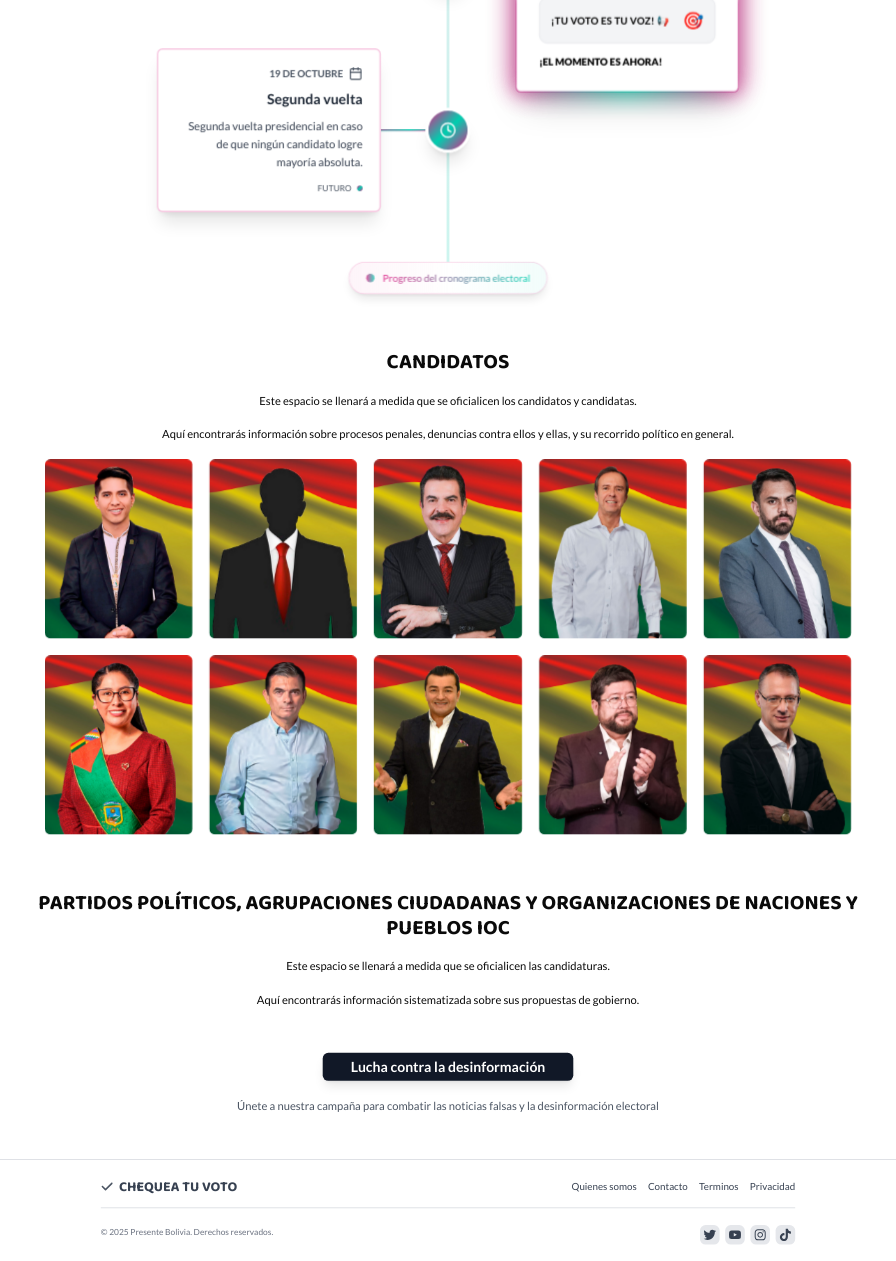
Repository: Roberto8695/chequeatuvoto-v2
Page: /
These files come from the project's save history. The page is drawn as it stood at one moment and after a run of saves; the edit follows.
The browser window is 1280 px wide. The pictures show the part of the page from y = 4580 to 6500 px (the page is 6382 px tall before and 6662 px after), at 70% of full size.
The project was rebuilt for these pictures with package versions that can differ from the ones it lists, and the page was loaded fresh each time. Some packages were replaced by stand-ins written for this rebuild. The framework's server and built-in components were replaced by stand-ins that run in the browser. Also part of the build but not shown: next.config.ts.

Above is the page before, as saved 2025-07-01 17:22:04.

### src/app/layout.tsx
import type { Metadata } from "next";
import { Lato, Baloo_2 } from "next/font/google";
import "./globals.css";
import { Footer } from "./components/footer"; // Ensure correct import path
import { Navbar } from "./components/navbar"; // Ensure correct import path
import Script from "next/script";

const lato = Lato({
  variable: "--font-primary",
  subsets: ["latin"],
  weight: ["300", "400", "700", "900"],
});

const baloo = Baloo_2({
  variable: "--font-secondary",
  subsets: ["latin"],
  weight: ["400", "500", "700"],
});

export const metadata: Metadata = {
  title: "Chequea tu voto",
  description: "Página dedicada a ayudar a la población boliviana a verificar su voto",
  icons: {
    icon: [
      { url: "/logo3.svg", type: "image/svg+xml" },
      { url: "/icon.svg", type: "image/svg+xml" },
    ],
    shortcut: "/logo3.svg",
    apple: "/logo3.svg",
  },
};

export default function RootLayout({
  children,
}: Readonly<{
  children: React.ReactNode;
}>) {
  return (
    <html lang="en">
<body className={`${lato.variable} ${baloo.variable} antialiased`}>
  {/* Google Analytics */}
  <Script
    strategy="afterInteractive"
    src={`https://www.googletagmanager.com/gtag/js?id=G-XXXXXXXXXX`} // Replace with your ID
  />
  <Script
    id="ga-init"
    strategy="afterInteractive"
    dangerouslySetInnerHTML={{
      __html: `
        window.dataLayer = window.dataLayer || [];
        function gtag(){dataLayer.push(arguments);}
        gtag('js', new Date());
        gtag('config', 'G-JVEVFC0HKC', {
          page_path: window.location.pathname,
        });
      `,
    }}
  />

  <div className="flex flex-col min-h-screen">
    <Navbar />
    <main className="flex-1">{children}</main>
    <Footer />
  </div>
</body>

    </html>
  );
}

### src/app/components/footer.tsx
import Link from "next/link";
import {FaCheck } from "react-icons/fa6"; // Location Icon
import { FaTwitter,FaInstagram, FaTiktok, FaYoutube } from "react-icons/fa"; // Social Icons

const footerLinks = [
  { name: "Quienes somos", href: "/about" },
  { name: "Contacto", href: "/contact" },
  { name: "Terminos", href: "/#" },
  { name: "Privacidad", href: "/#" },
];

const socialLinks = [
  { icon: FaTwitter, href: "https://twitter.com" },
  { icon: FaYoutube, href: "https://discord.com" },
  { icon: FaInstagram, href: "https://instagram.com" },
  { icon: FaTiktok, href: "https://tiktok.com" },
];

export function Footer() {
  return (
    <footer className="bg-white border-t border-gray-300 py-6">
      <div className="max-w-screen-lg mx-auto flex flex-col gap-4 px-4">
        {/* First Row: Location & Links */}
        <div className="flex flex-col sm:flex-row justify-between items-center w-full">
          {/* Location */}
          <div className="flex items-center gap-2 text-gray-700 text-sm">
            <FaCheck className="text-lg text-gray-600" />
            <span className="font-extrabold font-round text-2xl sm:text-xl">CHEQUEA TU VOTO</span>
          </div>

          {/* Navigation Links */}
          <nav className="flex gap-4 flex-wrap justify-center sm:justify-end">
            {footerLinks.map((link) => (
              <Link key={link.name} href={link.href} className="text-sm text-gray-700 hover:text-black">
                {link.name}
              </Link>
            ))}
          </nav>
        </div>

        {/* Second Row: Copyright & Social Icons */}
        <div className="flex flex-col sm:flex-row justify-between items-center w-full border-t border-gray-300 pt-4">
          {/* Copyright */}
          <div className="text-xs text-gray-500 text-center sm:text-left">
            © {new Date().getFullYear()} Presente Bolivia. Derechos reservados.
          </div>

          {/* Social Icons */}
          <div className="flex gap-2 mt-2">
            {socialLinks.map(({ icon: Icon, href }, idx) => (
              <Link key={idx} href={href} target="_blank" rel="noopener noreferrer">
                <div className="w-7 h-7 flex items-center justify-center rounded-lg bg-gray-200 hover:bg-gray-300 transition">
                  <Icon className="text-gray-700 text-lg" />
                </div>
              </Link>
            ))}
          </div>
        </div>
      </div>
    </footer>
  );
}

### src/components/ui/button.tsx
import * as React from "react"
import { Slot } from "@radix-ui/react-slot"
import { cva, type VariantProps } from "class-variance-authority"

import { cn } from "@/lib/utils"

const buttonVariants = cva(
  "inline-flex items-center justify-center gap-2 whitespace-nowrap rounded-md text-sm font-medium ring-offset-background transition-colors focus-visible:outline-none focus-visible:ring-2 focus-visible:ring-ring focus-visible:ring-offset-2 disabled:pointer-events-none disabled:opacity-50 [&_svg]:pointer-events-none [&_svg]:size-4 [&_svg]:shrink-0",
  {
    variants: {
      variant: {
        default: "bg-primary text-primary-foreground hover:bg-primary/90",
        destructive:
          "bg-destructive text-destructive-foreground hover:bg-destructive/90",
        outline:
          "border border-input bg-background hover:bg-accent hover:text-accent-foreground",
        secondary:
          "bg-secondary text-secondary-foreground hover:bg-secondary/80",
        ghost: "hover:bg-accent hover:text-accent-foreground",
        link: "text-primary underline-offset-4 hover:underline",
      },
      size: {
        default: "h-10 px-4 py-2",
        sm: "h-9 rounded-md px-3",
        lg: "h-11 rounded-md px-8",
        icon: "h-10 w-10",
      },
    },
    defaultVariants: {
      variant: "default",
      size: "default",
    },
  }
)

export interface ButtonProps
  extends React.ButtonHTMLAttributes<HTMLButtonElement>,
    VariantProps<typeof buttonVariants> {
  asChild?: boolean
}

const Button = React.forwardRef<HTMLButtonElement, ButtonProps>(
  ({ className, variant, size, asChild = false, ...props }, ref) => {
    const Comp = asChild ? Slot : "button"
    return (
      <Comp
        className={cn(buttonVariants({ variant, size, className }))}
        ref={ref}
        {...props}
      />
    )
  }
)
Button.displayName = "Button"

export { Button, buttonVariants }

### src/app/components/card-candidatos.tsx
import { FocusCards } from "@/components/ui/focus-cards";

export function CardCandidatos() {
  const cards = [
    {
      title: "Andronico Rodríguez",
      team: "ALIANZA POPULAR",
      src: "/imagenes2/IMAGENES PAGINA WEB/andronico.jpg",
      slug: "alianza-popular",
    },
    {
      title: "A confirmar",
      team: "ADN",
      src: "/imagenes2/IMAGENES PAGINA WEB/proximamente-extra.jpg",
      slug: "adn",
    },
    {
      title: "Manfred Reyes Villa",
      team: "APB-SUMATE",
      src: "/imagenes2/IMAGENES PAGINA WEB/Manfred.jpg",
      slug: "apb-sumate",
    },
    {
      title: "Jorge Tuto Quiroga",
      team: "FRI",
      src: "/imagenes2/IMAGENES PAGINA WEB/tutito.jpg",
      slug: "fri",
    },
    {
      title: "Eduardo Del Castillo",
      team: "MAS-IPSP",
      src: "/imagenes2/IMAGENES PAGINA WEB/eduardo-del-castillo.jpg",
      slug: "mas-ipsp",
    },
    {
      title: "Eva Copa",
      team: "MORENA",
      src: "/imagenes2/IMAGENES PAGINA WEB/eva-copa.jpg",
      slug: "morena",
    },
    {
      title: "Rodrigo Paz Pereira",
      team: "PDC",
      src: "/imagenes2/IMAGENES PAGINA WEB/rodrigo-paz.jpg",
      slug: "pdc",
    },
    {
      title: "Jhonny Fernández",
      team: "UCS",
      src: "/imagenes2/IMAGENES PAGINA WEB/jhonny-fernandez.jpg",
      slug: "ucs",
    },
    {
      title: "Samuel Doria Medina",
      team: "UN",
      src: "/imagenes2/IMAGENES PAGINA WEB/samuel-doria-medina.jpg",
      slug: "un",
    },
    {
      title: "Jaime Dunn",
      team: "NGP",
      src: "/imagenes2/IMAGENES PAGINA WEB/jaime-dunn.jpg",
      slug: "ngp",
    },
  ];

  return <FocusCards cards={cards} />;
}

### src/components/ui/hero-section.tsx
"use client"

import ElectionCountdown from "@/components/ui/countdown"


export default function HeroSection() {
  return (
    <section className="relative min-h-screen bg-gradient-to-br from-[#de2488]/5 via-white to-[#00cfaf]/5 overflow-hidden">
      {/* Elementos decorativos de fondo */}
      <div className="absolute inset-0 overflow-hidden">
        {/* Formas geométricas con los nuevos colores */}
        <div className="absolute top-20 left-10 w-32 h-32 bg-[#de2488]/10 rounded-full animate-pulse"></div>
        <div className="absolute top-40 right-20 w-24 h-24 bg-[#00cfaf]/15 rotate-45 animate-bounce"></div>
        <div className="absolute bottom-32 left-20 w-28 h-28 bg-[#de2488]/10 rounded-lg animate-pulse"></div>
        <div className="absolute bottom-20 right-10 w-20 h-20 bg-[#00cfaf]/10 rotate-12 animate-bounce"></div>

        {/* Líneas decorativas con los nuevos colores */}
        <div className="absolute top-0 left-1/4 w-1 h-full bg-gradient-to-b from-[#de2488]/30 via-[#00cfaf]/20 to-[#de2488]/30 animate-pulse"></div>
        <div className="absolute top-0 right-1/3 w-1 h-full bg-gradient-to-b from-[#00cfaf]/30 via-[#de2488]/20 to-[#00cfaf]/30 animate-pulse"></div>

        {/* Círculos adicionales para más dinamismo */}
        <div className="absolute top-1/3 left-1/2 w-40 h-40 bg-gradient-to-r from-[#de2488]/5 to-[#00cfaf]/5 rounded-full animate-pulse transform -translate-x-1/2"></div>
        <div className="absolute bottom-1/4 right-1/4 w-24 h-24 bg-[#de2488]/8 rounded-full animate-bounce"></div>
      </div>

      <div className="relative z-10 max-w-7xl mx-auto px-4 sm:px-6 lg:px-8 py-12">        {/* Header con texto principal centrado */}
        <div className="text-center mb-16">
          <div className="flex flex-col items-center justify-center">
            <h1 className="text-4xl sm:text-5xl lg:text-6xl font-bold font-round mb-8 text-black leading-tight">
              TE AYUDAMOS A INFORMARTE ANTES DE VOTAR
            </h1>

            {/* Countdown integrado debajo del texto */}
            <div className="flex justify-center">
              <ElectionCountdown />
            </div>
          </div>
        </div>


      </div>
    </section>
  )
}

### src/components/ui/loading-screen.tsx
"use client";

import { useEffect, useState } from 'react';
import Image from 'next/image';

interface LoadingScreenProps {
  onLoadingComplete: () => void;
}

export default function LoadingScreen({ onLoadingComplete }: LoadingScreenProps) {
  const [isVisible, setIsVisible] = useState(true);
  const [shouldShow, setShouldShow] = useState(false);

  useEffect(() => {
    // Verificar si ya se mostró la loading screen en esta sesión
    const hasShownLoading = localStorage.getItem('hasShownLoadingScreen');

    if (!hasShownLoading) {
      // Primera vez en la sesión, mostrar loading screen
      setShouldShow(true);
      localStorage.setItem('hasShownLoadingScreen', 'true');

      const timer = setTimeout(() => {
        setIsVisible(false);
        // Dar un poco más de tiempo para la animación de salida
        setTimeout(() => {
          onLoadingComplete();
        }, 500);
      }, 2500);

      return () => clearTimeout(timer);
    } else {
      // Ya se mostró antes, completar inmediatamente
      onLoadingComplete();
    }
  }, [onLoadingComplete]);

  // Si no debe mostrarse, no renderizar nada
  if (!shouldShow) {
    return null;
  }

  return (
    <div
      className={`fixed inset-0 z-50 flex items-center justify-center bg-white transition-opacity duration-500 ${
        isVisible ? 'opacity-100' : 'opacity-0'
      }`}
    >
      <div className="flex flex-col items-center space-y-8">
        {/* Logo con animación de pulso */}
        <div className="relative">
          <div className="absolute inset-0 bg-gradient-to-r from-[#de2488] to-[#00cfaf] rounded-full animate-ping opacity-30"></div>
          <div className="relative bg-white rounded-full p-4 shadow-2xl">
            <Image
              src="/logo3.svg"
              alt="Chequea tu Voto Logo"
              width={120}
              height={120}
              className="animate-pulse"
              priority
            />
          </div>
        </div>

        {/* Texto de carga */}
        <div className="text-center space-y-2">
          <h2 className="text-2xl font-bold bg-gradient-to-r from-[#de2488] to-[#00cfaf] bg-clip-text text-transparent">
            Chequea tu Voto
          </h2>
          <p className="text-gray-600 animate-pulse">
            Cargando...
          </p>
        </div>

        {/* Barra de progreso animada */}
        <div className="w-64 h-2 bg-gray-200 rounded-full overflow-hidden">
          <div
            className="h-full bg-gradient-to-r from-[#de2488] to-[#00cfaf] rounded-full animate-pulse"
            style={{
              animation: 'loadingBar 2.5s ease-in-out forwards'
            }}
          ></div>
        </div>
      </div>

      <style jsx>{`
        @keyframes loadingBar {
          0% {
            width: 0%;
          }
          100% {
            width: 100%;
          }
        }
      `}</style>
    </div>
  );
}

### src/components/ui/focus-cards.tsx
"use client";

import React, { useState } from "react";
import Image from "next/image";
import Link from "next/link";
import { cn } from "@/lib/utils";

interface CardType {
  title: string;
  team?: string;
  src: string;
  slug?: string;
  partido?: string;
}

export const Card = React.memo(
  ({
    card,
    index,
    hovered,
    setHovered,
  }: {
    card: CardType;
    index: number;
    hovered: number | null;
    setHovered: React.Dispatch<React.SetStateAction<number | null>>;
  }) => {
    const CardContent = (
      <div
        onMouseEnter={() => setHovered(index)}
        onMouseLeave={() => setHovered(null)}
        className={cn(
          "rounded-lg relative bg-gray-100 dark:bg-neutral-900 overflow-hidden h-48 md:h-64 w-full transition-all duration-300 ease-out cursor-pointer group",
          hovered !== null && hovered !== index && "blur-sm scale-[0.98]"
        )}
      >
        <Image
          src={card.src}
          alt={card.title}
          fill
          className="object-cover object-center group-hover:transition-transform duration-500"
        />
        <div
          className={cn(
            "absolute inset-0 bg-black/50 flex items-end py-3 px-3 transition-opacity duration-300",
            hovered === index ? "opacity-100" : "opacity-0"
          )}
        >
          <div className="w-full">
            <div className="text-sm md:text-lg font-bold bg-clip-text text-white leading-tight">
              {card.title}
            </div>
            {card.team && (
              <div className="text-xs md:text-sm font-bold bg-clip-text text-white leading-tight -mt-0.5">
                {card.team}
              </div>
            )}
            {card.slug && (
              <div className="text-xs text-white/80 mt-1 flex items-center">
                Ver más
                <svg className="w-3 h-3 ml-1" fill="none" stroke="currentColor" viewBox="0 0 24 24">
                  <path strokeLinecap="round" strokeLinejoin="round" strokeWidth={2} d="M9 5l7 7-7 7" />
                </svg>
              </div>
            )}
          </div>
        </div>
      </div>
    );

    // Si tiene slug, envolver en Link, sino devolver solo el contenido
    if (card.slug) {
      return (
        <Link href={`/candidatos/${card.slug}`} className="block">
          {CardContent}
        </Link>
      );
    }

    return CardContent;
  }
);

Card.displayName = "Card";

export function FocusCards({ cards }: { cards: CardType[] }) {
  const [hovered, setHovered] = useState<number | null>(null);

  return (
    <div className="grid grid-cols-2 md:grid-cols-5 gap-4 md:gap-6 max-w-full mx-auto md:px-8 w-full">
      {cards.map((card, index) => (
        <Card
          key={`${card.title}-${card.slug || index}`}
          card={card}
          index={index}
          hovered={hovered}
          setHovered={setHovered}
        />
      ))}
    </div>
  );
}

### src/components/ui/card.tsx
import * as React from "react"

import { cn } from "@/lib/utils"

const Card = React.forwardRef<
  HTMLDivElement,
  React.HTMLAttributes<HTMLDivElement>
>(({ className, ...props }, ref) => (
  <div
    ref={ref}
    className={cn(
      "rounded-lg border bg-card text-card-foreground shadow-sm",
      className
    )}
    {...props}
  />
))
Card.displayName = "Card"

const CardHeader = React.forwardRef<
  HTMLDivElement,
  React.HTMLAttributes<HTMLDivElement>
>(({ className, ...props }, ref) => (
  <div
    ref={ref}
    className={cn("flex flex-col space-y-1.5 p-6", className)}
    {...props}
  />
))
CardHeader.displayName = "CardHeader"

const CardTitle = React.forwardRef<
  HTMLDivElement,
  React.HTMLAttributes<HTMLDivElement>
>(({ className, ...props }, ref) => (
  <div
    ref={ref}
    className={cn(
      "text-2xl font-semibold leading-none tracking-tight",
      className
    )}
    {...props}
  />
))
CardTitle.displayName = "CardTitle"

const CardDescription = React.forwardRef<
  HTMLDivElement,
  React.HTMLAttributes<HTMLDivElement>
>(({ className, ...props }, ref) => (
  <div
    ref={ref}
    className={cn("text-sm text-muted-foreground", className)}
    {...props}
  />
))
CardDescription.displayName = "CardDescription"

const CardContent = React.forwardRef<
  HTMLDivElement,
  React.HTMLAttributes<HTMLDivElement>
>(({ className, ...props }, ref) => (
  <div ref={ref} className={cn("p-6 pt-0", className)} {...props} />
))
CardContent.displayName = "CardContent"

const CardFooter = React.forwardRef<
  HTMLDivElement,
  React.HTMLAttributes<HTMLDivElement>
>(({ className, ...props }, ref) => (
  <div
    ref={ref}
    className={cn("flex items-center p-6 pt-0", className)}
    {...props}
  />
))
CardFooter.displayName = "CardFooter"

export { Card, CardHeader, CardFooter, CardTitle, CardDescription, CardContent }

### tailwind.config.ts
import type { Config } from "tailwindcss";

export default {
    darkMode: ["class"],
    content: [
    "./src/pages/**/*.{js,ts,jsx,tsx,mdx}",
    "./src/components/**/*.{js,ts,jsx,tsx,mdx}",
    "./src/app/**/*.{js,ts,jsx,tsx,mdx}",
  ],
  theme: {
  	extend: {
  		colors: {
  			background: 'hsl(var(--background))',
  			foreground: 'hsl(var(--foreground))',
  			card: {
  				DEFAULT: 'hsl(var(--card))',
  				foreground: 'hsl(var(--card-foreground))'
  			},
  			popover: {
  				DEFAULT: 'hsl(var(--popover))',
  				foreground: 'hsl(var(--popover-foreground))'
  			},
  			primary: {
  				DEFAULT: 'hsl(var(--primary))',
  				foreground: 'hsl(var(--primary-foreground))'
  			},
  			secondary: {
  				DEFAULT: 'hsl(var(--secondary))',
  				foreground: 'hsl(var(--secondary-foreground))'
  			},
  			muted: {
  				DEFAULT: 'hsl(var(--muted))',
  				foreground: 'hsl(var(--muted-foreground))'
  			},
  			accent: {
  				DEFAULT: 'hsl(var(--accent))',
  				foreground: 'hsl(var(--accent-foreground))'
  			},
  			destructive: {
  				DEFAULT: 'hsl(var(--destructive))',
  				foreground: 'hsl(var(--destructive-foreground))'
  			},
  			border: 'hsl(var(--border))',
  			input: 'hsl(var(--input))',
  			ring: 'hsl(var(--ring))',
  			chart: {
  				'1': 'hsl(var(--chart-1))',
  				'2': 'hsl(var(--chart-2))',
  				'3': 'hsl(var(--chart-3))',
  				'4': 'hsl(var(--chart-4))',
  				'5': 'hsl(var(--chart-5))'
  			}
  		},
  		borderRadius: {
  			lg: 'var(--radius)',
  			md: 'calc(var(--radius) - 2px)',
  			sm: 'calc(var(--radius) - 4px)'
  		},
		  keyframes: {
			"accordion-down": {
			  from: { height: "0" },
			  to: { height: "var(--radix-accordion-content-height)" },
			},
			"accordion-up": {
			  from: { height: "var(--radix-accordion-content-height)" },
			  to: { height: "0" },
			},
			fadeIn: {
			  "0%": { opacity: "0", transform: "translateY(-10px)" },
			  "100%": { opacity: "1", transform: "translateY(0)" },
			},
			pulseSubtle: {
			  "0%, 100%": { opacity: "1" },
			  "50%": { opacity: "0.85" },
			},
			pulseSlow: {
			  "0%, 100%": { boxShadow: "0 0 0 0 rgba(239, 68, 68, 0.4)" },
			  "50%": { boxShadow: "0 0 0 8px rgba(239, 68, 68, 0)" },
			},
		  },
		  animation: {
			"accordion-down": "accordion-down 0.2s ease-out",
			"accordion-up": "accordion-up 0.2s ease-out",
			fadeIn: "fadeIn 0.5s ease-out forwards",
			"pulse-subtle": "pulseSubtle 2s ease-in-out infinite",
			"pulse-slow": "pulseSlow 2s infinite",
		  },

		  fontFamily: {
			sans: ['var(--font-primary)'],
			round: ['var(--font-secondary)'],
		  },
  },
  plugins: [require("tailwindcss-animate")],
},
} satisfies Config;

Loaded but not shown: src/lib/utils.ts (common file); src/components/ui/animated-timeline.tsx (510 lines, source omitted); src/components/ui/features-grid.tsx (313 lines, source omitted); src/app/page.tsx (270 lines, source omitted); src/components/ui/countdown.tsx (183 lines, source omitted); src/app/globals.css (215 lines, source omitted); src/app/components/navbar.tsx (91 lines, source omitted)

After the next 2 saves:
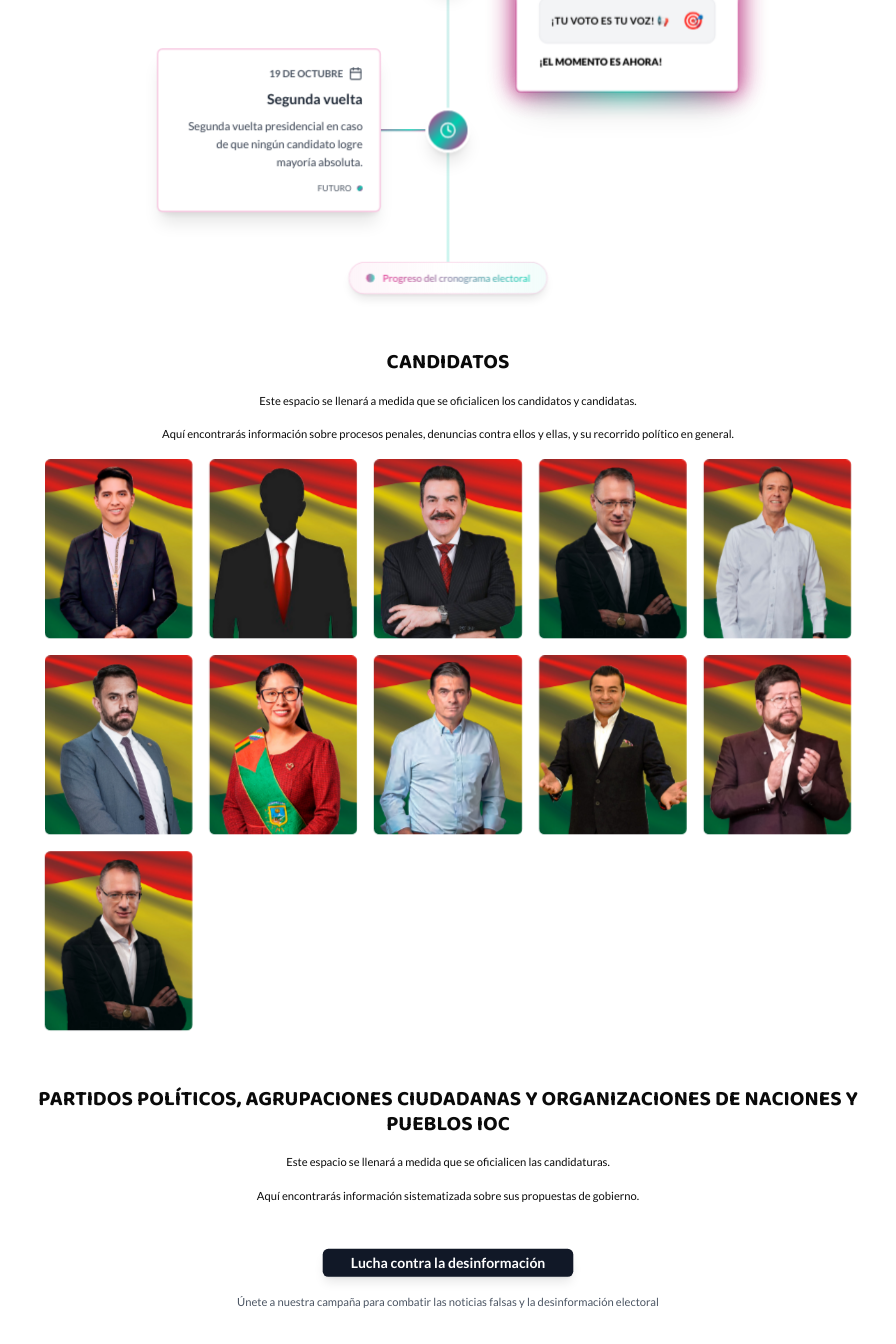
The 2 saves are shown as one change because they came seconds apart.
The last was saved 32 s later.
--- a/src/app/components/card-candidatos.tsx
+++ b/src/app/components/card-candidatos.tsx
@@ -19,6 +19,12 @@
       team: "APB-SUMATE",
       src: "/imagenes2/IMAGENES PAGINA WEB/Manfred.jpg",
       slug: "apb-sumate",
+    },
+    {
+      title: "Jaime Dunn",
+      team: "NGP",
+      src: "/imagenes2/IMAGENES PAGINA WEB/jaime-dunn.jpg",
+      slug: "ngp",
     },
     {
       title: "Jorge Tuto Quiroga",
